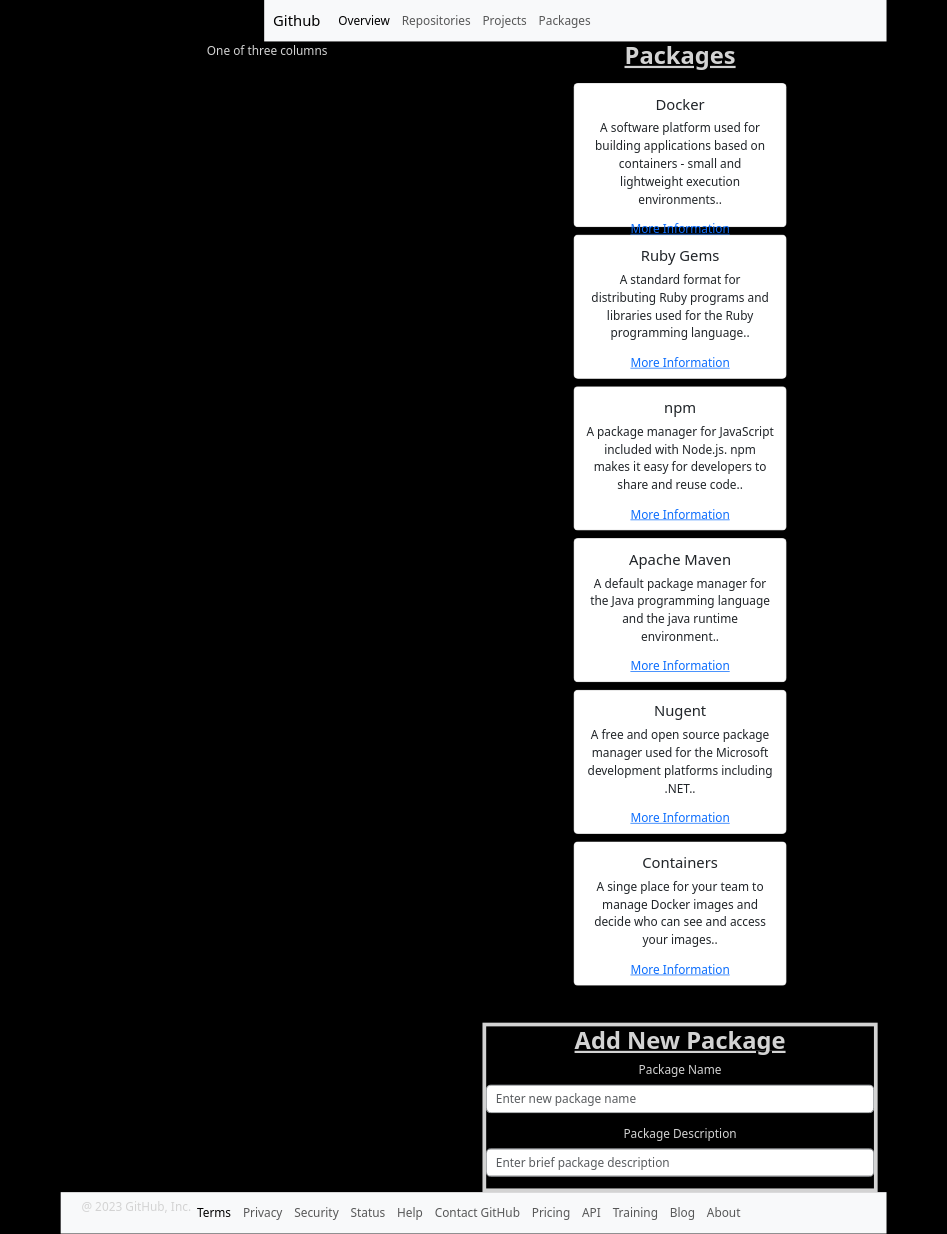
Repository: nss-evening-cohort-E23/gitsub-pull-request-posse
Page: packages.html
The author's editor kept a copy of each file at every save. The page is drawn from the files as they stood at one save, then again after a run of saves.
The browser window is 1280 px wide. The pictures show the whole page, at 74% of full size.

Above is the page before, as saved 2023-05-09 17:40:16.

After the next 2 saves:
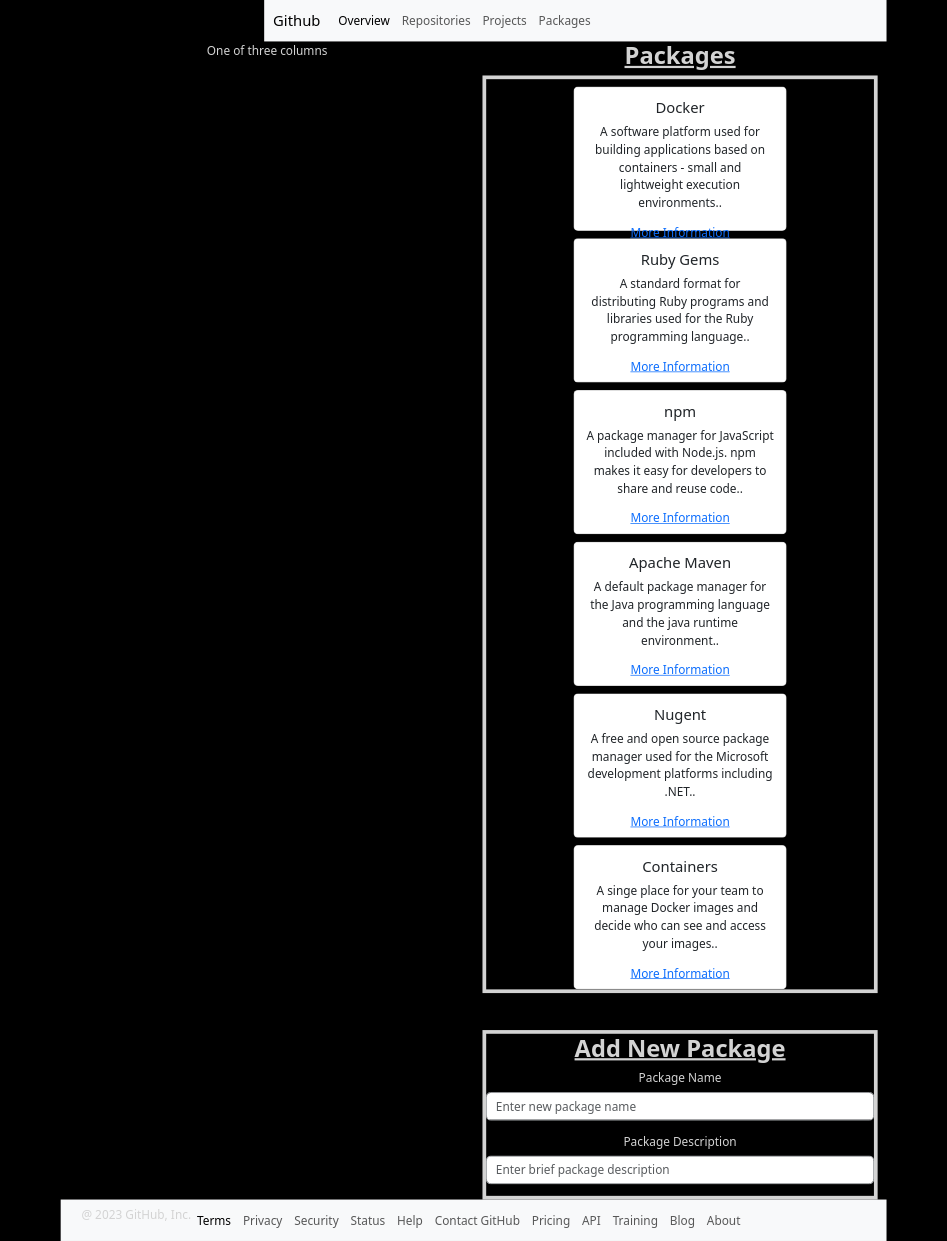
The 2 saves are shown as one change because they came seconds apart.
The last was saved 18 s later.
--- a/packages.css
+++ b/packages.css
@@ -37,6 +37,7 @@
   justify-content: space-around;
   margin: 0 auto;
   width: 100%;
+  border: 5px solid lightgray;
 
 }
 
